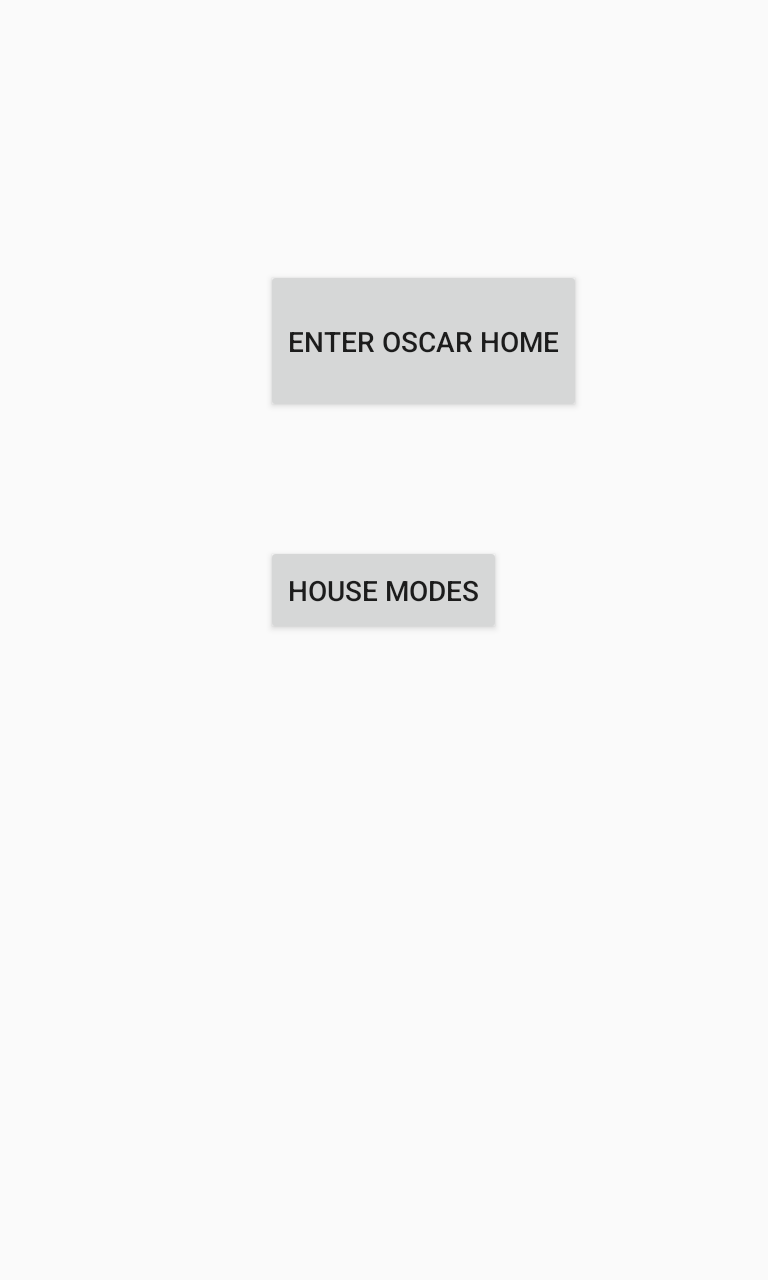
Repository: LogInc/oscar_app
Layout: Android/Oscar/res/layout/activity_home.xml
The author's editor kept a copy of each file at every save. The layout is drawn from the files as they stood at one save, then again after the next save.
It is drawn on a 768 x 1280 px phone screen (xhdpi) without system bars, with theme AppTheme; the app's code is not run.

Above is the layout before, as saved 2015-02-19 13:27:31.

### Android/Oscar/res/layout/activity_home.xml
<RelativeLayout xmlns:android="http://schemas.android.com/apk/res/android"
    xmlns:tools="http://schemas.android.com/tools"
    android:layout_width="match_parent"
    android:layout_height="match_parent"
    tools:context="${relativePackage}.${activityClass}" >

    <Button
        android:id="@+id/modes"
        android:layout_width="wrap_content"
        android:layout_height="wrap_content"
        android:layout_below="@+id/oscarHouse"
        android:layout_centerHorizontal="true"
        android:layout_marginTop="63dp"
        android:text="@string/Modes" />

    <Button
        android:id="@+id/oscarHouse"
        android:layout_width="wrap_content"
        android:layout_height="75dp"
        android:layout_alignLeft="@+id/modes"
        android:layout_alignParentTop="true"
        android:layout_marginTop="133dp"
        android:text="@string/OscarHouse" />

</RelativeLayout>

### Android/Oscar/res/values/strings.xml
<?xml version="1.0" encoding="utf-8"?>
<resources>

    <string name="app_name">Oscar</string>
    <string name="title_activity_login">Login</string>
    <string name="hello_world">Hello world!</string>
    <string name="Password">Password</string>
    <string name="Username">Username</string>
    <string name="SignIn">Sign In</string>
    <string name="title_activity_home">Home</string>
    <string name="Modes">House Modes</string>
    <string name="OscarHouse">Enter Oscar Home</string>

</resources>

Loaded but not shown: Android/Oscar/res/values/styles.xml (common file); Android/Oscar/res/values-v11/styles.xml (common file); Android/Oscar/res/values-v14/styles.xml (common file)

After the next save:
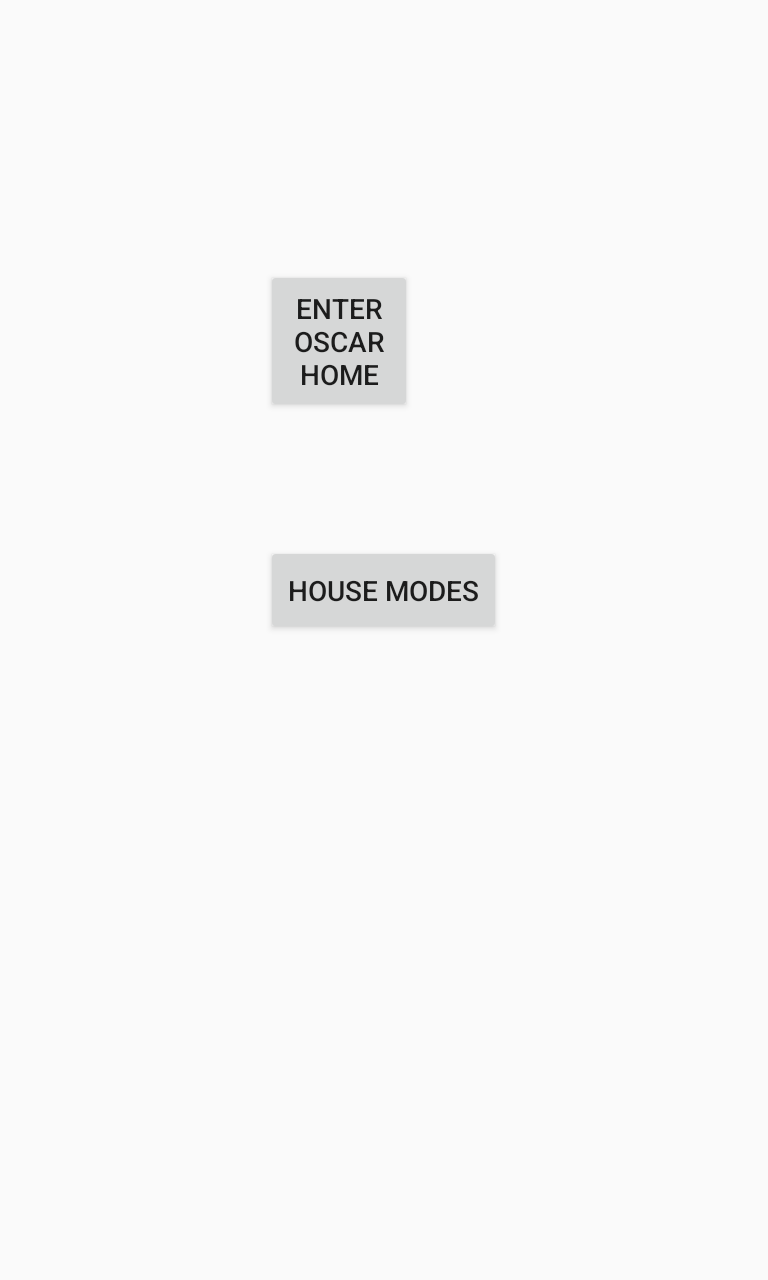
Saved 11 s later.
--- a/Android/Oscar/res/layout/activity_home.xml
+++ b/Android/Oscar/res/layout/activity_home.xml
@@ -15,7 +15,7 @@
 
     <Button
         android:id="@+id/oscarHouse"
-        android:layout_width="wrap_content"
+        android:layout_width="75dp"
         android:layout_height="75dp"
         android:layout_alignLeft="@+id/modes"
         android:layout_alignParentTop="true"
